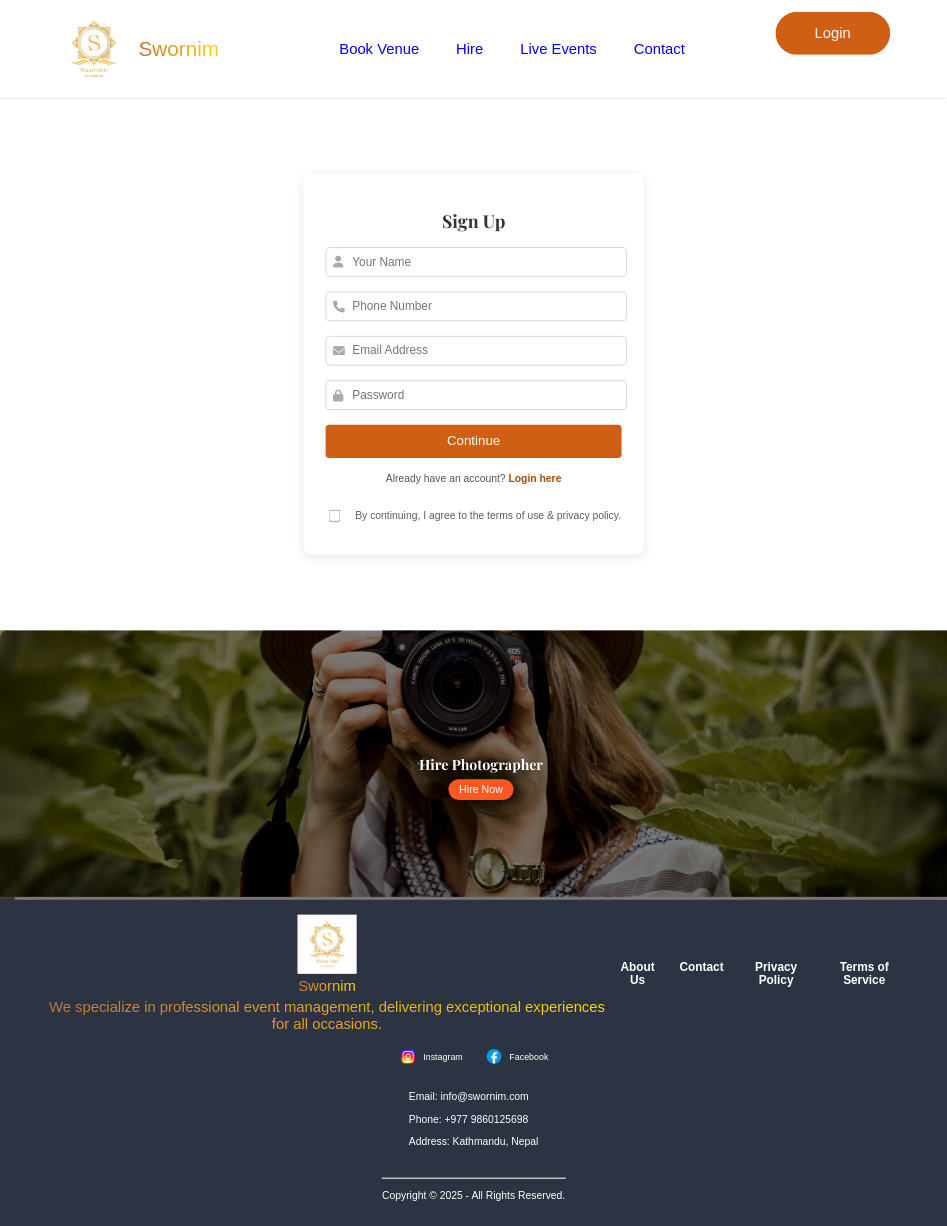
Repository: leonischu/Swornim
Page: /login (app in frontend/)
These files come from the project's save history. The page is drawn as it stood at one moment and after the next save; the edit follows.
The browser window is 1280 px wide. The pictures show the whole page, at 74% of full size.
Pictures or frames that could not be fetched are drawn as grey boxes. The project was rebuilt for these pictures with package versions that can differ from the ones it lists, and the page was loaded fresh each time. Also part of the build but not shown: frontend/src/App.css, frontend/src/Pages/Book.jsx, frontend/src/Pages/Contact.jsx.

Above is the page before, as saved 2025-06-01 19:06:39.

### frontend/public/index.html
<!DOCTYPE html>
<html lang="en">
  <head>
    <meta charset="utf-8" />
    <link rel="icon" href="%PUBLIC_URL%/favicon.ico" />
    <meta name="viewport" content="width=device-width, initial-scale=1" />
    <meta name="theme-color" content="#000000" />
    <meta
      name="description"
      content="Web site created using create-react-app"
    />
    <link rel="apple-touch-icon" href="%PUBLIC_URL%/logo192.png" />
    <!--
      manifest.json provides metadata used when your web app is installed on a
      user's mobile device or desktop. See https://developers.google.com/web/fundamentals/web-app-manifest/
    -->
    <link rel="manifest" href="%PUBLIC_URL%/manifest.json" />
    <link href="https://fonts.googleapis.com/css2?family=Lato:wght@400;600&family=Playfair+Display:wght@400;600;700&display=swap" rel="stylesheet">
    <link rel="stylesheet" href="https://cdnjs.cloudflare.com/ajax/libs/font-awesome/6.0.0-beta3/css/all.min.css"/>

    <!--
      Notice the use of %PUBLIC_URL% in the tags above.
      It will be replaced with the URL of the `public` folder during the build.
      Only files inside the `public` folder can be referenced from the HTML.

      Unlike "/favicon.ico" or "favicon.ico", "%PUBLIC_URL%/favicon.ico" will
      work correctly both with client-side routing and a non-root public URL.
      Learn how to configure a non-root public URL by running `npm run build`.
    -->
    <title>Swornim</title>
  </head>
  <body>
    <noscript>You need to enable JavaScript to run this app.</noscript>
    <div id="root"></div>
    <!--
      This HTML file is a template.
      If you open it directly in the browser, you will see an empty page.

      You can add webfonts, meta tags, or analytics to this file.
      The build step will place the bundled scripts into the <body> tag.

      To begin the development, run `npm start` or `yarn start`.
      To create a production bundle, use `npm run build` or `yarn build`.
    -->
  </body>
</html>

### frontend/src/index.css
body {
  margin: 0;
  font-family: -apple-system, BlinkMacSystemFont, 'Segoe UI', 'Roboto', 'Oxygen',
    'Ubuntu', 'Cantarell', 'Fira Sans', 'Droid Sans', 'Helvetica Neue',
    sans-serif;
  -webkit-font-smoothing: antialiased;
  -moz-osx-font-smoothing: grayscale;
  font-family: 'Lato', sans-serif ;
  color: rgb(29, 29, 29);
}
h1, h2, h3, h4, h5, h6 {
  font-family: 'Playfair Display', serif;
  color: rgb(23, 23, 23); /* Default heading color */
  font-weight: bold;
}
.body-medium {
  font-family: 'Lato', sans-serif;
  font-size: 16px;
  color: rgb(29, 29, 29);
}
.title-medium {
  font-family: 'Playfair Display', serif;
  font-size: 20px;
  font-weight: bold;
  color: rgb(23, 23, 23);
}
.headline-small {
  font-family: 'Playfair Display', serif;
  font-size: 24px;
  font-weight: bold;
  color: white; /* White for headings like "Book Venue" */
}

code {
  font-family: source-code-pro, Menlo, Monaco, Consolas, 'Courier New',
    monospace;
}

### frontend/src/App.js

import './App.css';
import { Navbar } from './Components/Navbar/Navbar';
import { BrowserRouter, Routes, Route } from 'react-router-dom';
import { Book } from './Pages/Book';
import { Contact } from './Pages/Contact';
import { LoginSignup } from './Pages/LoginSignup';
import { Footer} from './Components/Footer/Footer';
import Carousel from './Components/Carousel/Carousel';
function App() {
  return (
    <div>
      <BrowserRouter>
      <Navbar/>
       <Routes>
          <Route path='/' element={<Book/>}/>
          <Route path='/contact' element={<Contact/>}/>

          <Route path='/login' element={<LoginSignup/>}/>
          </Routes>
          <Carousel/>
         <Footer/>
      </BrowserRouter>
    </div>
  );
}

export default App;

### frontend/src/Components/Navbar/Navbar.jsx
import React, { useState } from 'react'
import './Navbar.css'

import logo from '../Assets/logo.jpg'
import { Link } from 'react-router-dom';
export const Navbar = () => {
    const [menu, setMenu] = useState(""); // State for active menu item

  return (
    <div className='navbar'>
      <div className='nav-logo'>
        <img src={logo} alt=""/>
        <p>Swornim</p>
      </div>
      <ul className="nav-menu">
        <li onClick={()=>{setMenu("book venue")}}><Link style={{ textDecoration: 'none' }}to='/'>Book Venue</Link>{menu==="book venue"?<hr/>:<></>}</li>
        <li onClick={()=>{setMenu("hire")}}><Link style={{ textDecoration: 'none' }}to='/hire'> Hire</Link>{menu==="hire"?<hr/>:<></>}</li>
        <li onClick={()=>{setMenu("live events")}}><Link style={{ textDecoration: 'none' }} to='/liveevents'>Live Events</Link>{menu==="live events"?<hr/>:<></>}</li>
        <li onClick={()=>{setMenu("contact")}}><Link style={{ textDecoration: 'none' }}  to='/contact'>Contact</Link >{menu==="contact"?<hr/>:<></>}</li>
      </ul>
      <div className='nav-login-cart'>
        <Link to='/login'><button>Login</button></Link>

      </div>
    </div>
  )
}

### frontend/src/Pages/LoginSignup.jsx
import React, { useState } from "react";
import "./CSS/LoginSignup.css";

export const LoginSignup = () => {
  const [isSignup, setIsSignup] = useState(true); // State to toggle between Login and Signup

  return (
    <div className="loginsignup">
      <div className="loginsignup-container">
        <h1>{isSignup ? "Sign Up" : "Login"}</h1>
        <div className="loginsignup-fields">
          {isSignup ? (
            <>
              <div className="input-container">
                <i className="fas fa-user"></i>
                <input type="text" placeholder="Your Name" />
              </div>
              <div className="input-container">
              <i className="fa fa-phone"></i>
              <input type="text" placeholder="Phone Number" />
             </div>
              <div className="input-container">
                <i className="fas fa-envelope"></i>
                <input type="email" placeholder="Email Address" />
              </div>
              <div className="input-container">
                <i className="fas fa-lock"></i>
                <input type="password" placeholder="Password" />
              </div>
            </>
          ) : (
            <>
              <div className="input-container">
                <i className="fas fa-envelope"></i>
                <input type="email" placeholder="Email Address" />
              </div>
              <div className="input-container">
                <i className="fas fa-lock"></i>
                <input type="password" placeholder="Password" />
              </div>

            </>
          )}
        </div>
        <button>{isSignup ? "Continue" : "Login"}</button>
        <p className="loginsignup-login">
          {isSignup ? (
            <>
              Already have an account?{" "}
              <span onClick={() => setIsSignup(false)}>Login here</span>
            </>
          ) : (
            <>
              Don't have an account?{" "}
              <span onClick={() => setIsSignup(true)}>Sign Up</span>
            </>
          )}
        </p>
        {isSignup && (
          <div className="loginsignup-agree">
            <input type="checkbox" />
            <p>By continuing, I agree to the terms of use & privacy policy.</p>
          </div>
        )}
      </div>
    </div>
  );
};

### frontend/src/Components/Footer/Footer.jsx
import React from 'react'
import './Footer.css'
import footer_logo from '../Assets/logo.jpg'
import instagram_icon from '../Assets/instagram_icon.png'
import facebook_icon from '../Assets/facebook_icon.png'

export const Footer = () => {
  return (
    <div className='footer'>

      {/* Logo and Navigation Links */}
      <div className='footer-top'>
        <div className="footer_logo">
          <img src={footer_logo} alt='logo' />
          <p>Swornim</p>
          <p className="footer-description">
            We specialize in professional event management, delivering exceptional experiences for all occasions.
          </p>
        </div>

        <ul className='footer-links'>
          <li>About Us</li>
          <li>Contact</li>
          <li>Privacy Policy</li>
          <li>Terms of Service</li>
        </ul>
      </div>

      {/* Social Icons */}
      <div className="footer-social-section">
        <div className="footer-social-icon">
          <a
            href="https://instagram.com"
            target="_blank"
            rel="noopener noreferrer"
            className='footer-icons-container'
          >
            <img src={instagram_icon} alt="Instagram" />
            <span>Instagram</span>
          </a>
          <a
            href="https://facebook.com"
            target="_blank"
            rel="noopener noreferrer"
            className='footer-icons-container'
          >
            <img src={facebook_icon} alt="Facebook" />
            <span>Facebook</span>
          </a>
        </div>
      </div>

      {/* Contact Info */}
      <div className="footer-contact">
        <p>Email: info@swornim.com</p>
        <p>Phone: +977 9860125698 </p>
        <p>Address: Kathmandu, Nepal</p>
      </div>

      {/* Copyright */}
      <div className="footer-copyright">
        <hr />
        <p>Copyright © 2025 - All Rights Reserved.</p>
      </div>

    </div>
  )
}

### frontend/src/Components/Carousel/Carousel.jsx
import React from 'react';
import Slider from "react-slick";
import "slick-carousel/slick/slick.css";
import "slick-carousel/slick/slick-theme.css";
import "./Carousel.css";
const Carousel = () => {
  const settings = {
    dots: true,
    infinite: true,
    speed: 500,
    slidesToShow: 1,
    slidesToScroll: 1,
    autoplay: true,
    autoplaySpeed: 3000,
  };

  const slides = [
    {
      title: "Book Your Event",
      image: require("../Assets/venue.jpg"),
      buttonText: "Book Now",
    },
    {
      title: "Hire Photographer",
      image: require("../Assets/photographer.jpg"),
      buttonText: "Hire Now",
    },
    {
      title: "Hire Makeup Artist",
      image: require("../Assets/makeupartist.jpg"),
      buttonText: "Hire Now",
    },
    {
      title: "Get Into Live Events",
      image: require("../Assets/liveevent.jpg"),
      buttonText: "Explore Now",
    },
  ];

return (
  <div className="carousel-container">
    <Slider {...settings}>
      {slides.map((slide, index) => (
        <div key={index} className="carousel-slide">
          <img
            src={slide.image}
            alt={slide.title}
            className="carousel-image"
          />
          <div className="carousel-overlay">
            <h2 className="carousel-title">{slide.title}</h2>
            <button className="carousel-button">{slide.buttonText}</button>
          </div>
        </div>
      ))}
    </Slider>
  </div>
);
}

export default Carousel;

### frontend/src/Components/Navbar/Navbar.css
.navbar{
    display:flex;
    justify-content: space-around;
    padding: 16px;
    box-shadow: 0 1px 3px -2px black;
}
.nav-logo{
    display: flex;
    align-items: center;
    gap: 10px;
}
.nav-logo p {
    background: linear-gradient(to right, rgba(199, 116, 57, 1), #FFD700);
    -webkit-background-clip: text;
    -webkit-text-fill-color: transparent;
    background-clip: text; /* Optional for broader support */
    font-size: 28px;
    font-weight: 400;
}
.nav-logo img {
    width: 100px; /* Adjust the width of an image/icon */
    height: auto;
}
.nav-menu{
    display: flex;
    align-items: center;
    list-style: none;
    gap: 50px;
    color: black;
    font-size: 20px;
    font-weight: 500;

}
.nav-menu li{
    display: flex;
    flex-direction: column;
    align-items: center;
    justify-content: center;
    gap: 3px;
    cursor: pointer;

}
.nav-menu hr{
    border: none;
    width: 90%;
    height: 3px;
    border-radius: 15px;
    background: rgba(207, 95, 20, 1);

}
.nav-login-cart {
    display: flex; /* Flexbox layout */
    gap: 15px; /* Adjust the gap between buttons */
}
.nav-login-cart button{
    width: 155px;
    height: 58px;
    outline: none;
    border: 1px solid transparent;
    border-radius: 75px;
    background-color: rgba(207, 95, 20, 1);
    color: white;
    font-size: 20px;
    font-weight: 500;
    cursor: pointer;
}
.nav-login-cart button:active{
    background: rgba(44, 51, 66, 1);
}

### frontend/src/Pages/CSS/LoginSignup.css
body, html {
  margin: 0;
  padding: 0;
  box-sizing: border-box;
  font-family: 'Arial', sans-serif;
}

.loginsignup {
  width: 100%;
  height: 100vh;
  display: flex;
  justify-content: center;
  align-items: center;
  background: none; /* No background color */
}

.loginsignup-container {
  width: 400px;
  padding: 30px;
  background: white;
  border-radius: 10px;
  box-shadow: 0 4px 15px rgba(0, 0, 0, 0.1);
  text-align: center;
}

.loginsignup-container h1 {
  margin-bottom: 20px;
  color: #333;
  font-size: 24px;
}

.input-container {
  position: relative;
  margin-bottom: 20px;
}

.input-container i {
  position: absolute;
  top: 50%;
  left: 10px;
  transform: translateY(-50%);
  color: #aaa;
  font-size: 16px;
}

.input-container input {
  width: calc(100% - 40px);
  padding: 10px 10px 10px 35px;
  border: 1px solid #ccc;
  border-radius: 5px;
  font-size: 16px;
  outline: none;
  color: #333;
}

.input-container input:focus {
  border-color: #555;
}

button {
  width: 100%;
  padding: 12px;
  border: none;
  border-radius: 5px;
  background: rgba(207, 95, 20, 1);
  color: white;
  font-size: 18px;
  cursor: pointer;
  transition: background 0.3s ease-in-out;
}

button:hover {
  background: rgba(165, 75, 15, 1);
}

.loginsignup-login {
  margin-top: 20px;
  color: #555;
  font-size: 14px;
}

.loginsignup-login span {
  color: rgba(165, 75, 15, 1);;
  font-weight: bold;
  cursor: pointer;
}

.loginsignup-login span:hover {
  text-decoration: underline;
}

.loginsignup-agree {
  display: flex;
  align-items: center; /* Vertically aligns checkbox and text */
  gap: 10px; /* Space between the checkbox and the text */
  margin-top: 20px;
  font-size: 14px;
  color: #5c5c5c;
}

.loginsignup-agree input {
  margin-right: 10px;
}

.loginsignup-agree input[type='checkbox'] {
  width: 16px; /* Adjust the size of the checkbox */
  height: 16px;
  cursor: pointer; /* Makes the checkbox more interactive */
}

### frontend/src/Components/Footer/Footer.css
.footer {
  display: flex;
  flex-direction: column;
  align-items: center;
  gap: 20px;
  padding: 20px 0;
  background-color: rgba(44, 51, 66, 1);
  color: white;
  font-family: Arial, sans-serif;
  font-size: 14px;
}

/* Top Section: Logo and Description */
.footer-top {
  display: flex;
  justify-content: center;
  align-items: center;
  gap: 15px;
  width: 90%;
  max-width: 1200px;
  text-align: center;
}

.footer_logo {
  display: flex;
  flex-direction: column;
  align-items: center;
  gap: 5px;
}

.footer_logo img {
  width: 80px;
  height: auto;
}

.footer_logo p {
  font-size: 20px;
  font-weight: 500;
  margin: 0;
  background: linear-gradient(to right, rgba(199, 116, 57, 1), #FFD700);
  -webkit-background-clip: text;
  -webkit-text-fill-color: transparent;
}

.footer-description {
  font-size: 14px;
  color: #ddd;
}

/* Middle Section: Centered Links */
.footer-middle {
  display: flex;
  justify-content: center;
  align-items: center;
  width: 100%;
}

.footer-links {
  display: flex;
  list-style: none;
  gap: 30px;
  padding: 0;
  margin: 0;
  font-size: 16px;
  font-weight: bold;
}

.footer-links li {
  cursor: pointer;
  transition: color 0.3s;
}

.footer-links li:hover {
  color: #ffa500;
}

/* Bottom Section: Social Icons and Copyright */
.footer-bottom {
  display: flex;
  flex-direction: column;
  align-items: center;
  gap: 15px;
  width: 90%;
  max-width: 1200px;
  font-size: 13px;
}

.footer-social-section {
  display: flex;
  justify-content: center;
  gap: 20px;
}

.footer-social-icon {
  display: flex;
  gap: 30px;
}

.footer-icons-container {
  display: flex;
  align-items: center;
  gap: 8px;
  text-decoration: none;
  color: white;
  cursor: pointer;
  transition: color 0.3s ease;
}

.footer-icons-container img {
  width: 25px;
  height: 25px;
}

.footer-icons-container span {
  font-size: 12px;
}

.footer-icons-container:hover {
  color: #ff5722;
}

.footer-bottom hr {
  width: 80%;
  border: none;
  border-radius: 10px;
  height: 2px;
  background: #c7c7c7;
}

### frontend/src/Components/Carousel/Carousel.css
/* Carousel container */
.carousel-container {
  width: 100vw;
  margin: 0 auto;
  overflow: hidden;
}

/* Each slide */
.carousel-slide {
  position: relative;
  display: flex;
  justify-content: center;
  align-items: center;
}

/* Image styles */
.carousel-image {
  width: 100vw;
  height: 50vh;    /* Half viewport height */
  object-fit: cover; /* Ensures the image fills the area without distortion */
  border-radius: 0;
  box-shadow: 0px 4px 8px rgba(0, 0, 0, 0.1);
}

/* Overlay styles */
.carousel-overlay {
  position: absolute;
  top: 0;
  left: 0;
  width: 100%;
  height: 100%;
  background: rgba(0, 0, 0, 0.5); /* Slightly darker overlay */
  display: flex;
  flex-direction: column;
  justify-content: center;
  align-items: center;
  border-radius: 10px;
  padding: 10px;
}

/* Title styles */
.carousel-title {
  color: white;
  font-size: 1.2rem; /* Smaller font size for titles */
  font-weight: bold;
  margin-bottom: 8px;
  text-align: center;
}

/* Button styles */
.carousel-button {
  background-color: #ff5722;
  color: white;
  display: inline-block;
  width: auto;
  max-width: 150px;
  padding: 6px 14px; /* Smaller padding for buttons */
  border: none;
  border-radius: 20px;
  font-size: 0.9rem; /* Smaller button font size */
  cursor: pointer;
  box-shadow: 0px 2px 6px rgba(0, 0, 0, 0.2);
  transition: background-color 0.3s ease;
}

.carousel-button:hover {
  background-color: #e64a19;
}

Loaded but not shown: frontend/src/index.js (common file); frontend/src/reportWebVitals.js (common file)

After the next save:
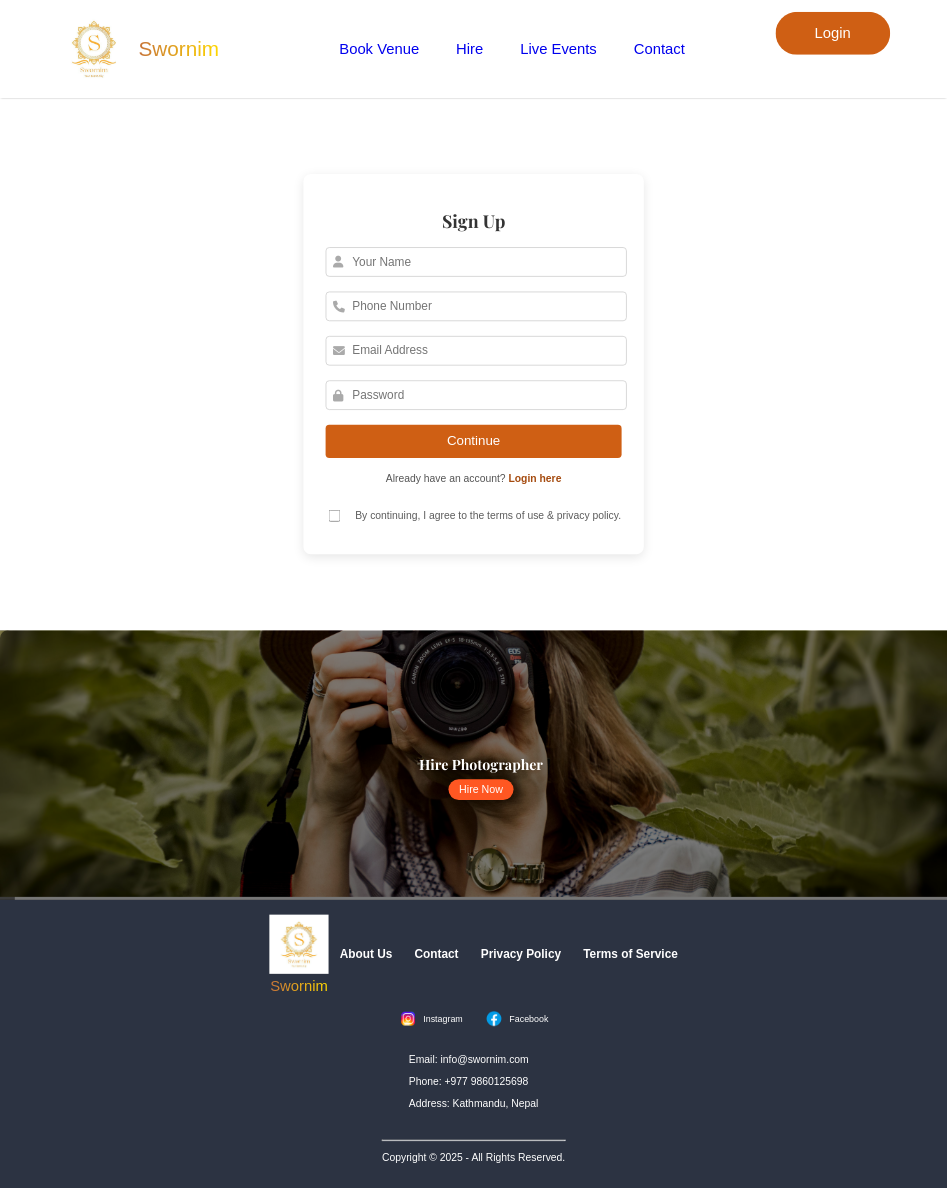
Saved 72 s later.
--- a/frontend/src/Components/Footer/Footer.jsx
+++ b/frontend/src/Components/Footer/Footer.jsx
@@ -13,9 +13,7 @@ export const Footer = () => {
         <div className="footer_logo">
           <img src={footer_logo} alt='logo' />
           <p>Swornim</p>
-          <p className="footer-description">
-            We specialize in professional event management, delivering exceptional experiences for all occasions.
-          </p>
+
         </div>
 
         <ul className='footer-links'>
